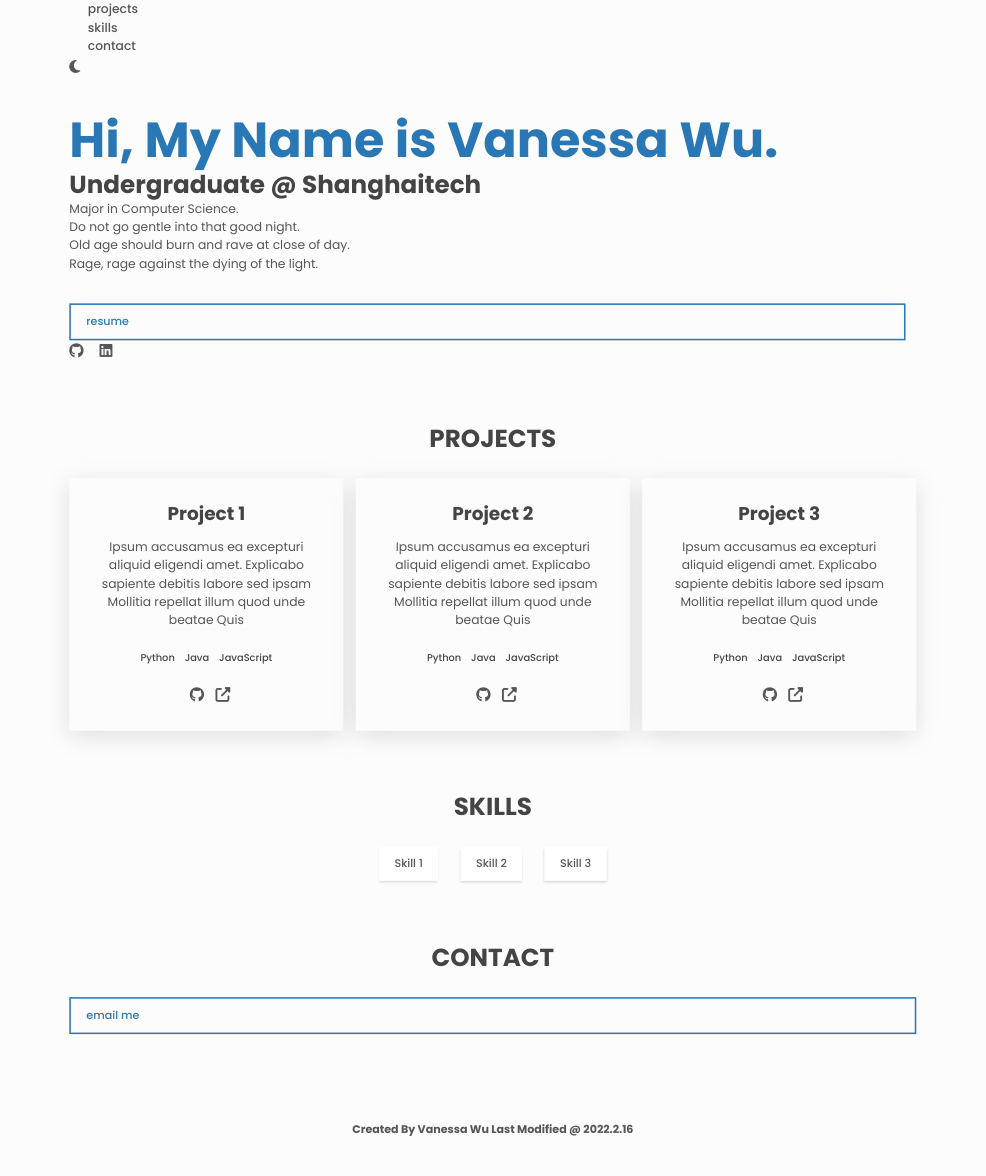
Repository: indiansummer1022/Cubstart
Page: Web Track/hw1/index.html
An editor plug-in stored every save of this project. The page is shown before and after the next save, followed by the edit.
The browser window is 1280 px wide. The pictures show the whole page, at 77% of full size.
Some web libraries are served in a nearby version.

Above is the page before, as saved 2022-02-16 00:34:15.

### Web Track/hw1/index.html
<!DOCTYPE html>
<html lang="en">

<head>
  <meta charset="UTF-8" />
  <meta name="viewport" content="width=device-width, initial-scale=1" />
  <meta name="description" content="Portfolio" />
  <link rel="preconnect" href="https://fonts.googleapis.com" />
  <link rel="preconnect" href="https://fonts.gstatic.com" crossorigin />
  <link href="https://fonts.googleapis.com/css2?family=Poppins:wght@400;500;700&display=swap" rel="stylesheet" />
  <script src="https://kit.fontawesome.com/fa62c117c7.js" crossorigin="anonymous"></script>
  <!-- BEGIN PART 1 -->
  <link rel="stylesheet" href ="styles.css">
  <title>Vanessa Wu</title>
  <!-- END PART 1 -->
</head>

<body class="light" id="top">
  <header class="header center">
    <!-- BEGIN PART 2 -->
    <h3>
        <a href="/"></a>
    </h3>
    <!-- END PART 2 -->
    <nav class="nav center">
      <ul class="nav__list center">
        <li class="nav__list-item">
          <a class="link link--nav" href="#projects">Projects</a>
        </li>
        <li class="nav__list-item">
          <a class="link link--nav" href="#skills">Skills</a>
        </li>
        <li class="nav__list-item">
          <a class="link link--nav" href="#contact">Contact</a>
        </li>
      </ul>

      <!-- BEGIN PART 5 -->

      <button type="button" aria-label="toggle theme" class="btn btn--icon">
        <i id="btn-theme" class="fas fa-moon"></i>
      </button>

      <!--
        5.1: What does this button tag correspond to on the site?

        Corresponds to the moon icon on top left of the page which to change the light/ dark theme of the website.

      -->

      <button type="button" aria-label="toggle navigation" class="btn btn--icon nav__hamburger">
        <i class="fas fa-bars"></i>
      </button>

      <!--
        5.2: Try Ctrl-F in styles.css and look the class 'nav__hamburger'. You'll notice that it
        appears in 2 places. Why is one of the rules 'display: none' on one instance? How do you
        make it so that this button appears on screen?
        Hint: remember what @media (max-width: 600px) means.

        1. @media (max-width: 600px) is for mobile so hamburger is set to appear on the screen if it is the mobile version.
        The element is hidden if it is the desktop version. [referring: @hannahmcg]
        2. Change 'display: none' to flex so this button will appear.

      -->

      <!-- END PART 5 -->
    </nav>
  </header>

  <main>
    <div class="about center">
      <!-- BEGIN PART 6 -->
      <h1 class="about__name">
        Hi, My Name is Vanessa Wu.
      </h1>
      <h2 class="about_role">
        Undergraduate @ Shanghaitech
      </h2>
      <p class="about-desc">
        Major in Computer Science. <br>
        Do not go gentle into that good night. <br>
        Old age should burn and rave at close of day. <br>
        Rage, rage against the dying of the light. <br>
      </p>
      <!-- END PART 6 -->
      <div class="about__contact center">
        <a href="https://example.com">
          <span class="btn btn--outline">Resume</span>
        </a>

        <a href="https://github.com/" aria-label="github" class="link link--icon">
          <i aria-hidden="true" class="fab fa-github"></i>
        </a>

        <a href="https://linkedin.com/in/" aria-label="linkedin" class="link link--icon">
          <i aria-hidden="true" class="fab fa-linkedin"></i>
        </a>
      </div>
    </div>
    <section id="projects" class="section projects">
      <h2 class="section__title">Projects</h2>
      <div class="projects__grid">
        <!-- BEGIN PART 8 -->
        <div class="project">
          <h3>Project 1</h3>
          <p class="project__description">
            Ipsum accusamus ea excepturi aliquid eligendi amet. Explicabo
            sapiente debitis labore sed ipsam Mollitia repellat illum quod
            unde beatae Quis
          </p>
          <ul class="project__stack">
            <li class="project__stack-item">Python</li>
            <li class="project__stack-item">Java</li>
            <li class="project__stack-item">JavaScript</li>
          </ul>

          <a href="https://github.com" aria-label="source code" class="link link--icon">
            <i aria-hidden="true" class="fab fa-github"></i>
          </a>
          <a href="https://example.com" aria-label="live preview" class="link link--icon">
            <i aria-hidden="true" class="fas fa-external-link-alt"></i>
          </a>
        </div>
        <!-- multiple projects -->
        <div class="project">
          <h3>Project 2</h3>
          <p class="project__description">
            Ipsum accusamus ea excepturi aliquid eligendi amet. Explicabo
            sapiente debitis labore sed ipsam Mollitia repellat illum quod
            unde beatae Quis
          </p>
          <ul class="project__stack">
            <li class="project__stack-item">Python</li>
            <li class="project__stack-item">Java</li>
            <li class="project__stack-item">JavaScript</li>
          </ul>

          <a href="https://github.com" aria-label="source code" class="link link--icon">
            <i aria-hidden="true" class="fab fa-github"></i>
          </a>
          <a href="https://example.com" aria-label="live preview" class="link link--icon">
            <i aria-hidden="true" class="fas fa-external-link-alt"></i>
          </a>
        </div>
        <!-- multiple projects -->
        <div class="project">
          <h3>Project 3</h3>
          <p class="project__description">
            Ipsum accusamus ea excepturi aliquid eligendi amet. Explicabo
            sapiente debitis labore sed ipsam Mollitia repellat illum quod
            unde beatae Quis
          </p>
          <ul class="project__stack">
            <li class="project__stack-item">Python</li>
            <li class="project__stack-item">Java</li>
            <li class="project__stack-item">JavaScript</li>
          </ul>

          <a href="https://github.com" aria-label="source code" class="link link--icon">
            <i aria-hidden="true" class="fab fa-github"></i>
          </a>
          <a href="https://example.com" aria-label="live preview" class="link link--icon">
            <i aria-hidden="true" class="fas fa-external-link-alt"></i>
          </a>
        </div>
        <!-- END PART 8 -->
      </div>
    </section>


    <section class="section skills" id="skills">
      <!-- BEGIN PART 10 -->
      <h2 class="section__title">Skills</h2>
      <ul class="skills__list">
        <li class="skills__list-item btn btn--plain">Skill 1</li>
        <li class="skills__list-item btn btn--plain">Skill 2</li>
        <li class="skills__list-item btn btn--plain">Skill 3</li>
      </ul>
      <!-- END PART 10 -->
    </section>
    <section class="section contact center" id="contact">
      <h2 class="section__title">Contact</h2>
      <a href="mailto:youremail@gmail.com">
        <span class="btn btn--outline">Email me</span>
      </a>
    </section>
  </main>

  <footer class="footer">
    <!-- BEGIN PART 12 -->
    <a href="/" class="link footer__link">
      Created By Vanessa Wu
      Last Modified @ 2022.2.16
    </a>
    <!-- END PART 12 -->
  </footer>


  <div class="scroll-container">
    <div class="scroll-top">
      <a aria-label="Scroll up" href="#top">
        <i aria-hidden="true" class="fas fa-arrow-up"></i>
      </a>
    </div>
  </div>
  <script src="./script.js"></script>
</body>

</html>

### Web Track/hw1/styles.css
/*===============
  global styles
===============*/

* {
  padding: 0;
  margin: 0;
  border: 0;
  outline: 0;
  background-color: inherit;
  color: inherit;
  font-family: inherit;
  font-size: inherit;
  box-shadow: none;
  box-sizing: border-box;
}

html {
  scroll-behavior: smooth;
}

body {
  font-family: "Poppins", sans-serif;
  line-height: 1.5;
  color: var(--clr-fg);
  background-color: var(--clr-bg);
}

.light {
  --clr-bg: #fcfcfc;
  --clr-bg-alt: #fff;
  --clr-fg: #555;
  --clr-fg-alt: #444;
  --clr-primary: #2978b5;
  --shadow: rgba(100, 100, 111, 0.2) 0px 7px 29px 0px;
}

.dark {
  --clr-bg: #23283e;
  --clr-bg-alt: #2a2f4c;
  --clr-fg: #bdbddd;
  --clr-fg-alt: #cdcdff;
  --clr-primary: #90a0d9;
  --shadow: rgba(0, 0, 0, 0.16) 0px 10px 36px 0px,
    rgba(0, 0, 0, 0.06) 0px 0px 0px 1px;
}

::-moz-selection {
  background: var(--clr-primary);
  color: var(--clr-bg);
}

::-webkit-selection,
::selection {
  background: var(--clr-primary);
  color: var(--clr-bg);
}

h1,
h2,
h3,
h4 {
  line-height: 1.2;
  color: var(--clr-fg-alt);
}

h1 {
  font-size: 4rem;
}

h2 {
  font-size: 2rem;
}

h3 {
  font-size: 1.5rem;
}

h4 {
  font-size: 1.3rem;
}

ul {
  list-style-type: none;
}

a {
  text-decoration: none;
}

button {
  cursor: pointer;
}

@media (max-width: 900px) {
  h1 {
    font-size: 2.6rem;
  }
}

/*===================
  buttons and links
===================*/

.link {
  color: var(--clr-primary);
  padding: 0 0 0.3em 0;
  position: relative;
}

.link:hover {
  color: var(--clr-primary);
}

/* BEGIN PART 4 */

.link::before {
  content: "";
  display: inline;
  width: 0%;
  height: 0.2em;
  position: absolute;
  bottom: 0;
  background-color: var(--clr-primary);
  /* transition: */
}

.link:hover::before,
.link:focus::before {
  width: 100%;
  transition: property width, duration 5s, timing-function ease-in;
}

/* END PART 4 */

.link--nav {
  color: var(--clr-fg);
  text-transform: lowercase;
  font-weight: 500;
}

.link--icon {
  color: var(--clr-fg);
  font-size: 1.2rem;
}

.btn {
  display: block;
  padding: 0.8em 1.4em;
  font-weight: 500;
  font-size: 0.9rem;
  text-transform: lowercase;
  transition: transform 0.2s ease-in-out;
}

.btn--outline {
  color: var(--clr-primary);
  border: 2px solid var(--clr-primary);
  position: relative;
  overflow: hidden;
  z-index: 1;
}

.btn--outline:focus,
.btn--outline:hover {
  color: var(--clr-bg);
}

.btn--outline:before {
  content: "";
  position: absolute;
  background-color: var(--clr-primary);
  right: 100%;
  bottom: 0;
  left: 0;
  top: 0;
  z-index: -1;
  transition: right 0.2s ease-in-out;
}

.btn--outline:hover::before,
.btn--outline:focus::before {
  right: 0;
}

.btn--plain {
  text-transform: initial;
  background-color: var(--clr-bg-alt);
  box-shadow: rgba(0, 0, 0, 0.15) 0px 3px 3px 0px;
  border: 0;
}

.btn--plain:hover {
  transform: translateY(-4px);
}

.btn--icon {
  padding: 0;
  font-size: 1.2rem;
}

.btn--icon:hover,
.btn--icon:focus {
  color: var(--clr-primary);
}

.btn--icon:active {
  transform: translateY(-5px);
}

/*========
  layout
========*/

/* BEGIN PART 3 */

.center {
  justify-content: center;
  flex-direction: column;
}

.header {
  height: 8em;
  max-width: 1100px;
  width: 95%;
  margin: 0 auto;
  /* justify-content: */
  justify-content: space-around;
}

/* END PART 3 */

main {
  max-width: 1100px;
  width: 95%;
  margin: 0 auto;
}

.section {
  margin-top: 5em;
}

.section__title {
  text-align: center;
  margin-bottom: 1em;
  text-transform: uppercase;
}

.nav__list {
  margin-right: 1.5em;
  display: flex;
}

.nav__list-item {
  margin-left: 1.5em;
}

.nav__hamburger {
  display: none;
  width: 1em;
}

/* BEGIN PART 7 */

.about {
  flex-direction: column;
  margin-top: 1em;
}

/* END PART 7 */

.about__name {
  color: var(--clr-primary);
}

.about__role {
  margin-top: 1.2em;
}

.about__desc {
  font-size: 1rem;
  max-width: 600px;
}

.about__desc,
.about__contact {
  margin-top: 2.4em;
}

.about .link--icon {
  margin-right: 0.8em;
}

.about .btn--outline {
  margin-right: 1em;
}

/* BEGIN PART 9 */

.projects__grid {
  max-width: 1100px;
  margin: 0 auto;
  /* display: */
  display: grid;
  /* grid-template-columns: */
  grid-template-columns: repeat(auto-fit, calc(100% / 3 - 1em * 2 / 3));
  /* grid-gap: */
  grid-gap: 1em;
}

/* END PART 9 */

.project {
  padding: 2em;
  margin: 0 auto;
  text-align: center;
  box-shadow: var(--shadow);
  transition: transform 0.2s linear;
}

.project:hover {
  transform: translateY(-7px);
}

.project__description {
  margin-top: 1em;
}

.project__stack {
  display: flex;
  flex-wrap: wrap;
  justify-content: center;
  margin: 1.2em 0;
}

.project__stack-item {
  margin: 0.5em;
  font-weight: 500;
  font-size: 0.8rem;
  color: var(--clr-fg-alt);
}

.project .link--icon {
  margin-left: 0.5em;
}

/* BEGIN PART 11 */

.skills__list {
  max-width: 450px;
  width: 95%;
  margin: 0 auto;
  /* display: */
  display: flex;
  /* flex-wrap: */
  flex-wrap: wrap;
  /* justify-content: */
  justify-content: center;
}

.skills__list-item {
  margin-left: 1em;
  margin-right: 1em;
}

/* END PART 11 */

.contact {
  flex-direction: column;
}

.footer {
  padding: 3em 0;
  margin-top: 4em;
  text-align: center;
}

.footer__link {
  font-size: 0.9rem;
  font-weight: 700;
  color: var(--clr-fg);
}

.scroll-top {
  display: none;
  position: fixed;
  bottom: 1em;
  right: 2em;
  background-color: transparent;
  font-size: 1.8rem;
  transition: transform 0.2s ease-in-out;
}

@media (max-width: 600px) {
  .header {
    height: 6em;
  }

  .section {
    margin-top: 4em;
  }

  .nav__list {
    flex-direction: column;
    padding: 4em 0;
    position: absolute;
    right: 0;
    left: 0;
    top: 5em;
    background-color: var(--clr-bg);
    width: 0;
    overflow: hidden;
    transition: width 0.2s ease-in-out;
  }

  .display-nav-list {
    width: 100%;
  }

  .nav__list-item {
    margin: 0.5em 0;
  }

  .nav__hamburger {
    display: flex;
    margin-left: 0.8em;
  }

  .about {
    align-items: flex-start;
    margin-top: 2em;
  }

  .footer {
    padding: 2em;
    margin-top: 3em;
  }

  .scroll-container {
    display: none;
  }
}

### Web Track/hw1/script.js
const body = document.body

const btnTheme = document.querySelector('.fa-moon')
const btnHamburger = document.querySelector('.fa-bars')

const addThemeClass = (bodyClass, btnClass) => {
  body.classList.add(bodyClass)
  btnTheme.classList.add(btnClass)
}

const getBodyTheme = localStorage.getItem('portfolio-theme')
const getBtnTheme = localStorage.getItem('portfolio-btn-theme')

addThemeClass(getBodyTheme, getBtnTheme)

const isDark = () => body.classList.contains('dark')

const setTheme = (bodyClass, btnClass) => {

	body.classList.remove(localStorage.getItem('portfolio-theme'))
	btnTheme.classList.remove(localStorage.getItem('portfolio-btn-theme'))

  addThemeClass(bodyClass, btnClass)

	localStorage.setItem('portfolio-theme', bodyClass)
	localStorage.setItem('portfolio-btn-theme', btnClass)
}

const toggleTheme = () =>
	isDark() ? setTheme('light', 'fa-moon') : setTheme('dark', 'fa-sun')

btnTheme.addEventListener('click', toggleTheme)

const displayList = () => {
	const navUl = document.querySelector('.nav__list')

	if (btnHamburger.classList.contains('fa-bars')) {
		btnHamburger.classList.remove('fa-bars')
		btnHamburger.classList.add('fa-times')
		navUl.classList.add('display-nav-list')
	} else {
		btnHamburger.classList.remove('fa-times')
		btnHamburger.classList.add('fa-bars')
		navUl.classList.remove('display-nav-list')
	}
}

btnHamburger.addEventListener('click', displayList)

const scrollUp = () => {
	const btnScrollTop = document.querySelector('.scroll-top')

	if (
		body.scrollTop > 500 ||
		document.documentElement.scrollTop > 500
	) {
		btnScrollTop.style.display = 'block'
	} else {
		btnScrollTop.style.display = 'none'
	}
}

document.addEventListener('scroll', scrollUp)

After the next save:
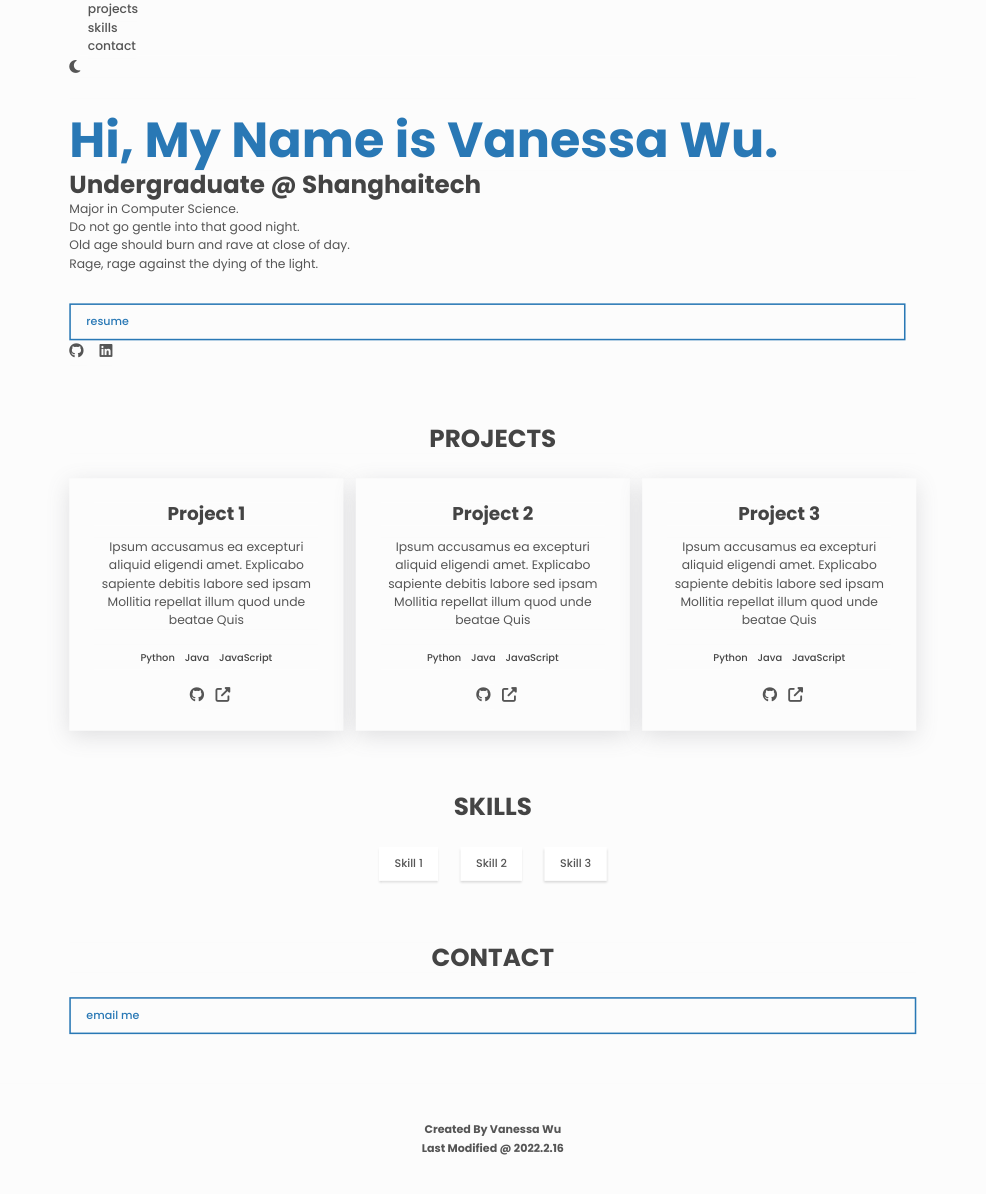
Saved 6 s later.
--- a/Web Track/hw1/index.html
+++ b/Web Track/hw1/index.html
@@ -190,7 +190,7 @@
   <footer class="footer">
     <!-- BEGIN PART 12 -->
     <a href="/" class="link footer__link">
-      Created By Vanessa Wu
+      Created By Vanessa Wu<br>
       Last Modified @ 2022.2.16
     </a>
     <!-- END PART 12 -->
